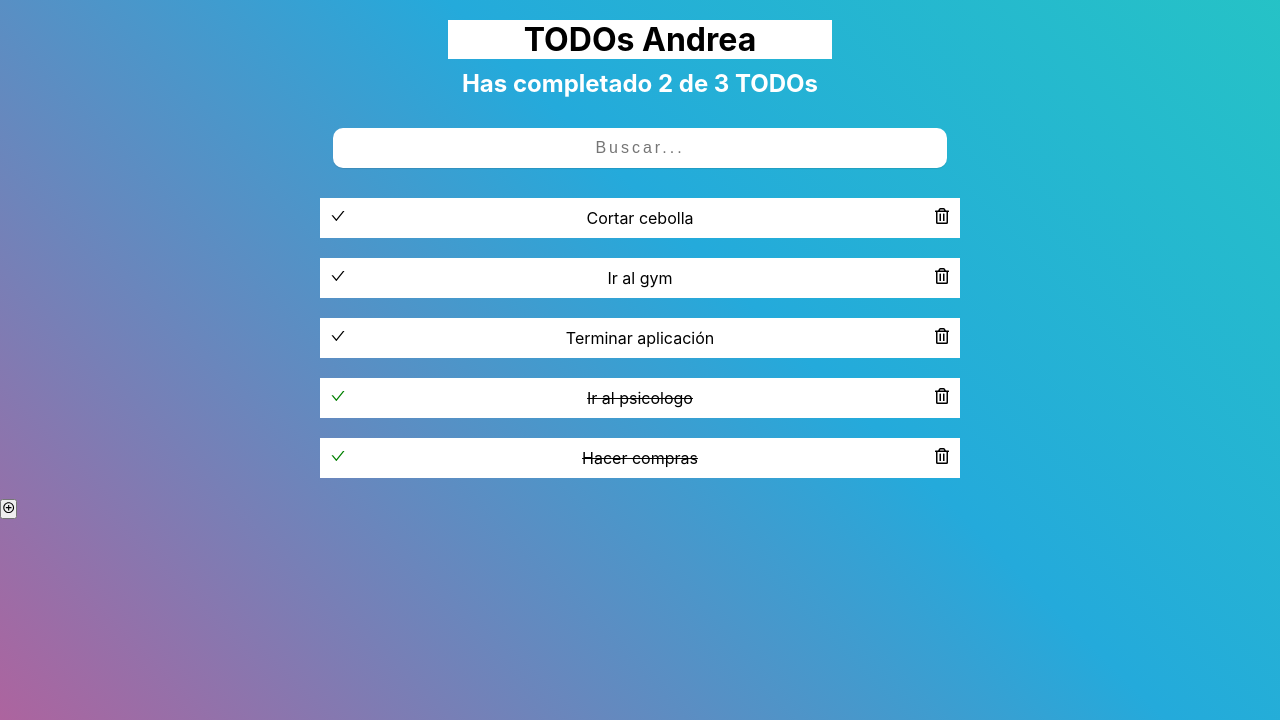
Repository: Pandrea-hub/TODOs
Page: /
These files come from the project's save history. The page is drawn as it stood at one moment and after the next save; the edit follows.
The browser window is 1280 px wide. The pictures show the whole page.
The project was rebuilt for these pictures with package versions that can differ from the ones it lists, and the page was loaded fresh each time. Also part of the build but not shown: src/TodoList.css.

Above is the page before, as saved 2022-06-07 10:04:51.

After the next save:
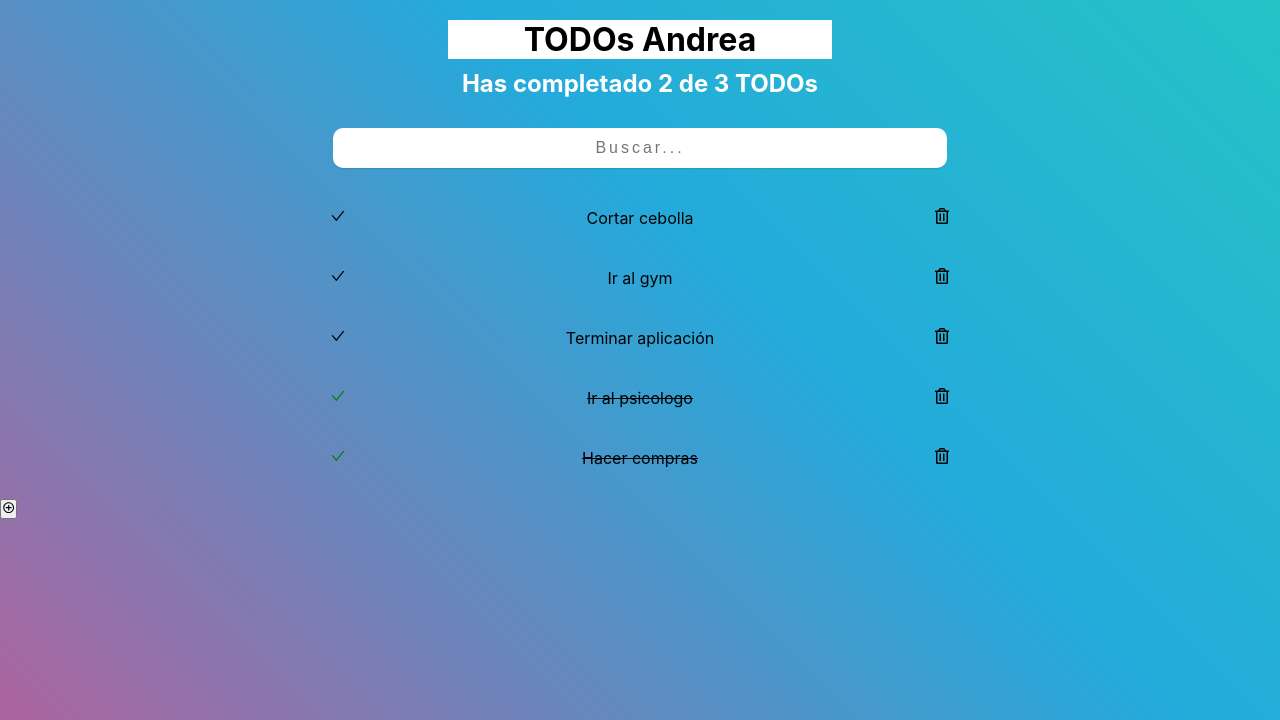
Saved 6 s later.
--- a/src/TodoItem.css
+++ b/src/TodoItem.css
@@ -3,7 +3,7 @@ li{
     padding: 10px;
     width: 50%;
     justify-content: space-between;
-    background-color:white;
+
     margin: 20px auto;
 }
 
